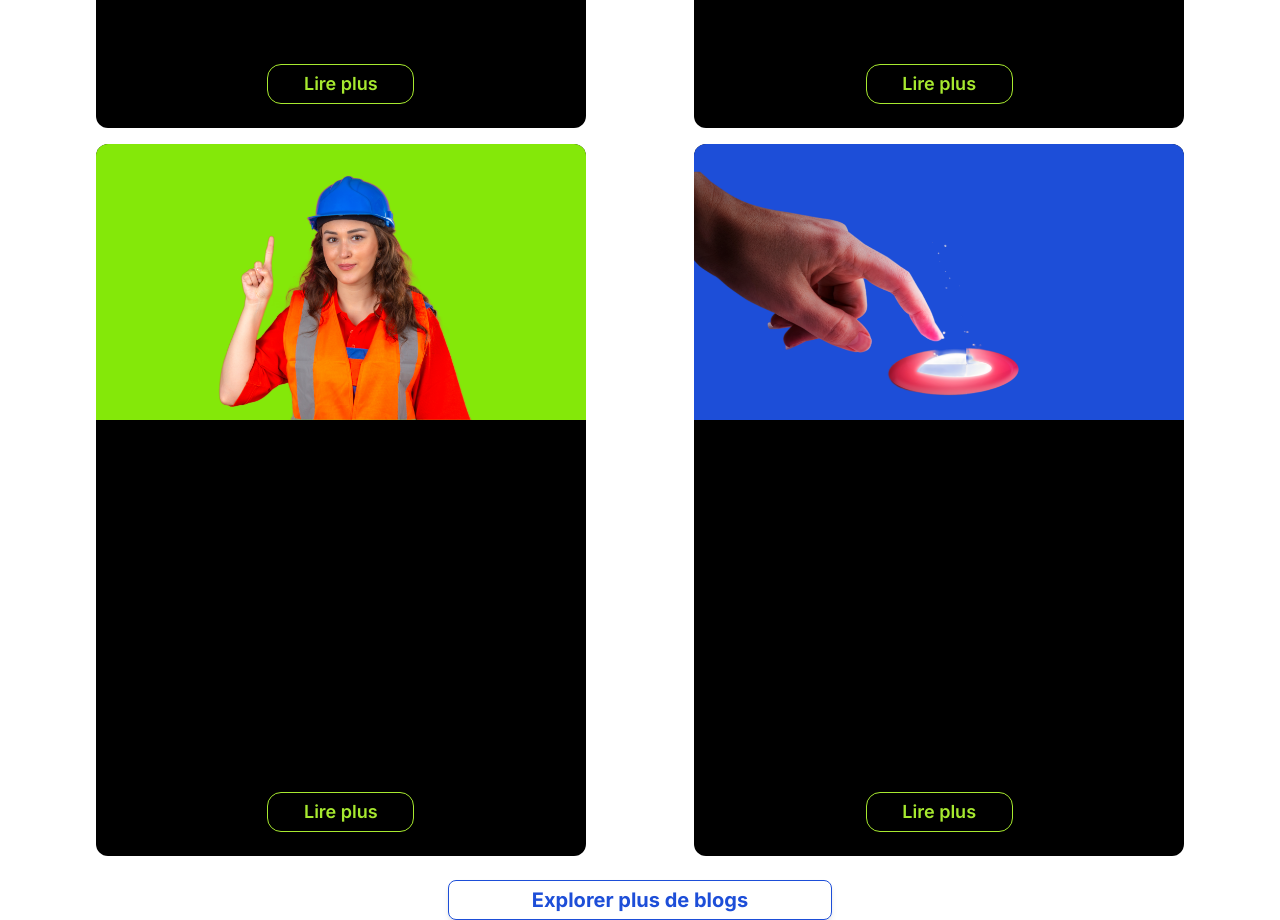
Repository: NassimeElkamari/test
Page: /blogs
An editor plug-in stored every save of this project. The page is shown before and after a run of saves, followed by the edit.
The browser window is 1280 px wide. The pictures show the part of the page from y = 1275 to 2227 px (the page is 2195 px tall before and 2227 px after).
The project was rebuilt for these pictures with package versions that can differ from the ones it lists, and the page was loaded fresh each time. The framework's server and built-in components were replaced by stand-ins that run in the browser. Also part of the build but not shown: next.config.mjs.

Above is the page before, as saved 2024-06-12 16:08:51.

After the next 2 saves:
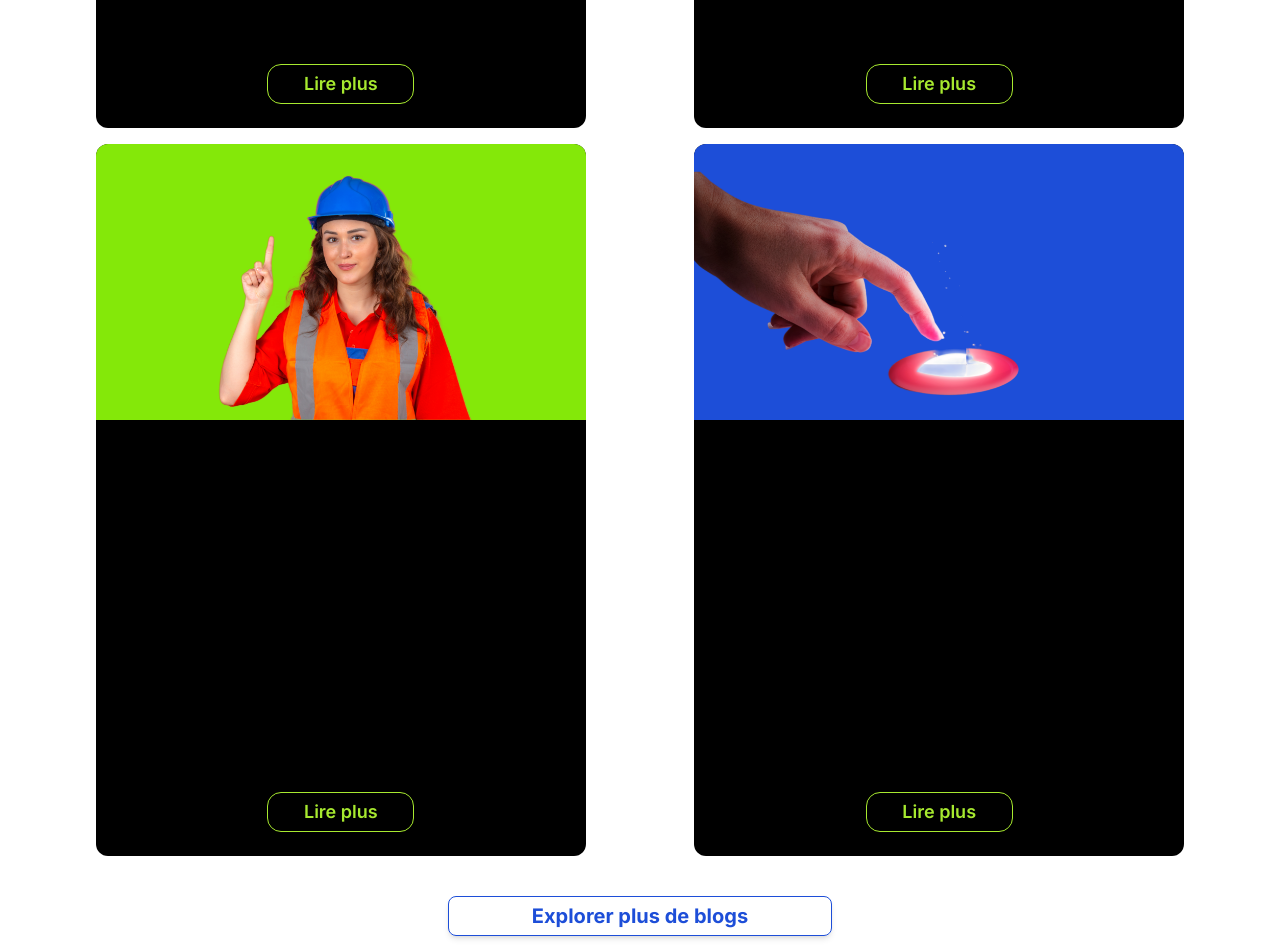
The 2 saves are shown as one change because they came seconds apart.
The last was saved 31 s later.
--- a/src/app/blogs/page.tsx
+++ b/src/app/blogs/page.tsx
@@ -62,7 +62,7 @@ const Blog = () => {
         </div>
       </div>
       <div className="flex justify-center mt-10">
-        <button className=" text-white rounded-lg shadow-md w-[30%] text-center h-10 border border-[#1D4ED8] flex items-center justify-center">
+        <button className=" text-white rounded-lg shadow-md w-[30%] text-center mx-10 my-4 h-10 border border-[#1D4ED8] flex items-center justify-center">
           <h2 className="text-xl font-bold text-[#1D4ED8]">Explorer plus de blogs </h2>
         </button>
       </div>
